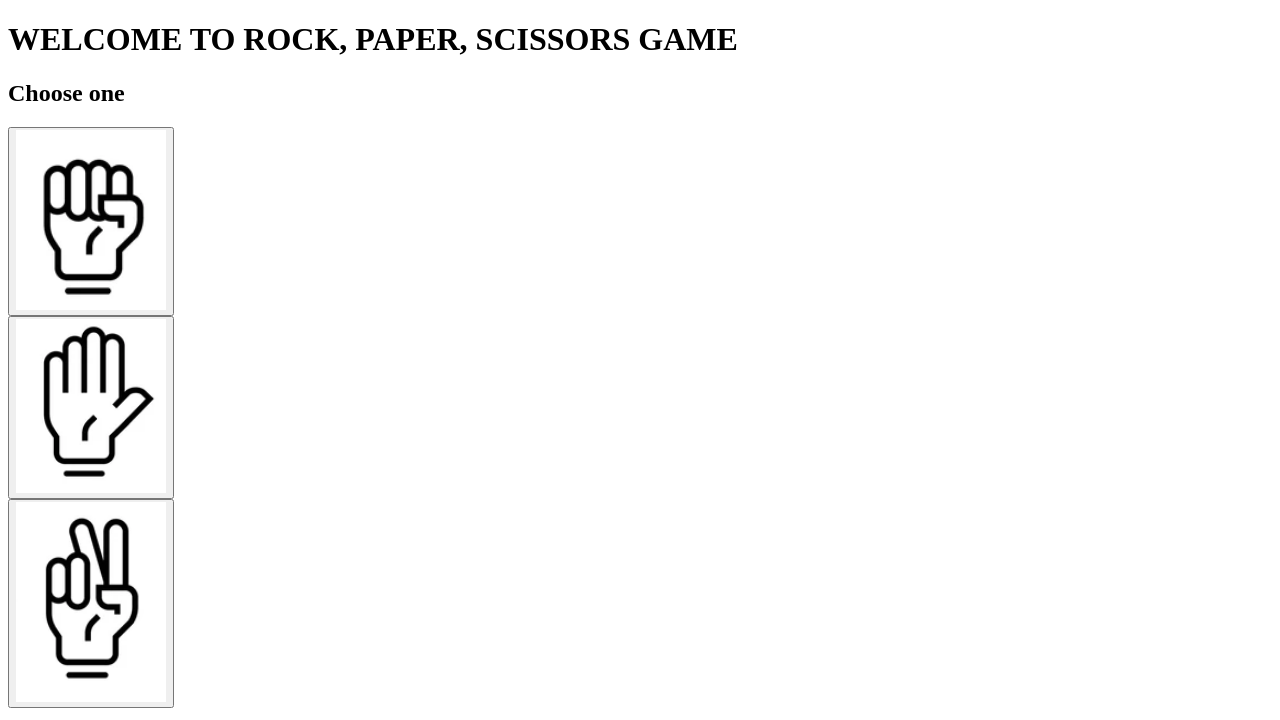
Repository: xhide341/rock_paper_scissor
Page: index.html
An editor plug-in stored every save of this project. The page is shown before and after the next save, followed by the edit.
The browser window is 1280 px wide. The pictures show the whole page.

Above is the page before, as saved 2024-06-21 18:59:59.

After the next save:
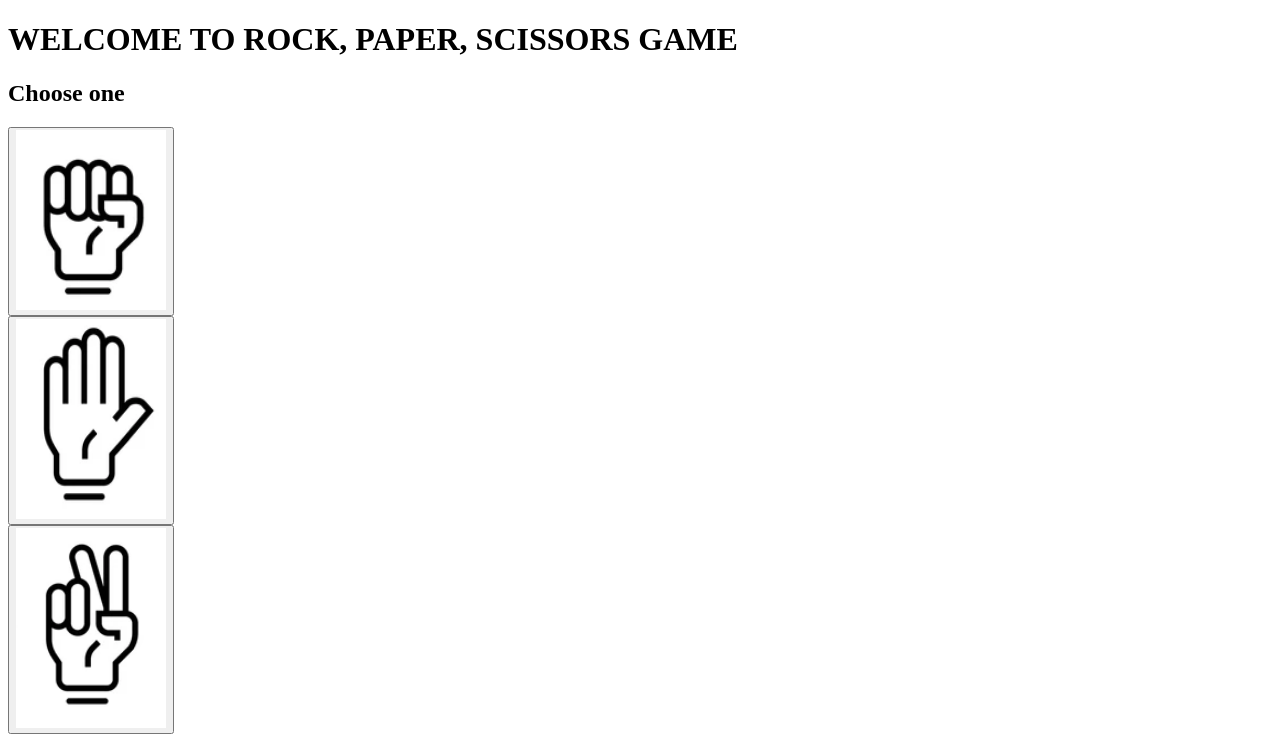
Saved 6 s later.
--- a/index.html
+++ b/index.html
@@ -18,7 +18,7 @@
             </div>
             <div class="image-container">
                 <button class="paper">
-                    <img src="./images/paper_icon.PNG" alt="Image of paper handsign" height="auto" width="150px">
+                    <img src="./images/paper_icon.PNG" alt="Image of paper handsign" height="200px" width="150px">
                 </button>
             </div>
             <div class="image-container">
